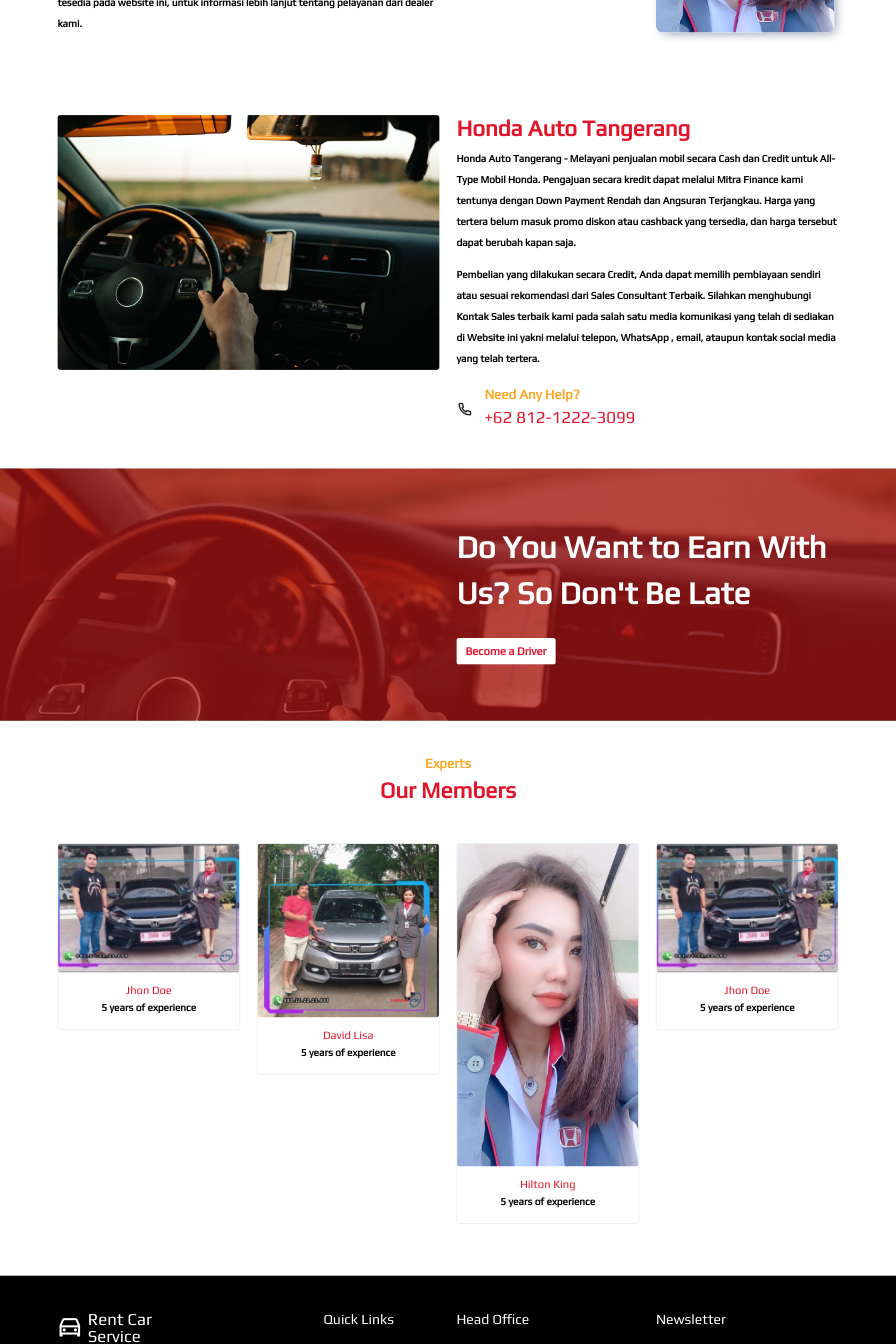
Repository: stevenxylver/Honda
Page: /about
An editor plug-in stored every save of this project. The page is shown before and after the next save, followed by the edit.
The browser window is 1280 px wide. The pictures show the part of the page from y = 699 to 2619 px (the page is 2916 px tall before and 2856 px after), at 70% of full size.
Pictures or frames that could not be fetched are drawn as grey boxes. The project was rebuilt for these pictures with package versions that can differ from the ones it lists, and the page was loaded fresh each time. Also part of the build but not shown: src/styles/hero-slider.css, src/components/UI/HeroSlider.jsx, src/components/UI/FindCarForm.jsx, src/styles/services-list.css, src/assets/data/serviceData.js, src/components/UI/ServicesList.jsx, src/components/UI/Example.jsx, src/assets/data/carData.js and 20 more.

Above is the page before, as saved 2022-11-20 11:20:13.

### src/index.css
/* ======== google fonts ======== */
@import url("https://fonts.googleapis.com/css2?family=Source+Sans+Pro:wght@200;300;400;600;700;900&display=swap");
@import url('https://fonts.googleapis.com/css2?family=Play&display=swap');
/* ======= base style ====== */
* {
  margin: 0;
  padding: 0;
  box-sizing: border-box;
  /* font-family: "Source Sans Pro", sans-serif; */
  font-family: 'Play', sans-serif;

}

/* ========= pre-define css ========= */
h1,
h2,
h3,
h4,
h5,
h6 {
  color: #E11429;
  font-weight: 600;
  margin-bottom: 0;
}

h3,
h4 {
  font-size: 1.6rem;
}

h5,
h6 {
  font-size: 1.2rem;
}

a {
  text-decoration: none;
  color: unset;
}

a:hover {
  color: unset;
}

ul {
  margin: 0;
  list-style: none;
}

.section__title {
  color: #E11429;
  font-weight: 600;
  font-size: 2rem;
}

.section__subtitle {
  color: #f9a826;
  font-weight: 600;
  font-size: 1.2rem;
}

.section__description {
  color: #000;
  font-size: 0.9rem;
  line-height: 30px;
  font-weight: 600;
}

section {
  padding: 50px 0px;
}

.btn {
  padding: 7px 15px;
  background: #E11429;
  color: #fff;
  border: none;
  outline: none;
  border-radius: 5px;
  transition: 0.3s;
}

.btn:hover {
  color: #fff !important;
  background: #E11429;
}

@media only screen and (max-width: 768px) {
  section {
    padding: 30px 0px;
  }

  .section__title {
    font-size: 1.6rem;
  }

  .section__subtitle {
    font-size: 1.1rem;
  }
}

### src/styles/header.css
.header__top {
  padding: 10px 0px;
  background: #E11429;
  color: #fff;
}


.honda
{
width: 57px;
height: 57px;
}

.header__top__left {
  display: flex;
  align-items: center;
  column-gap: 1rem;
}

.header__top__left span {
  font-size: 0.9rem;
}

.header__top__help {
  display: flex;
  align-items: center;
  column-gap: 0.4rem;
}

.header__top__help i {
  background: #fff;
  color: #E11429;
  padding: 2px 4px;
  border-radius: 50px;
  font-size: 0.7rem;
}

.header__top__right a {
  text-decoration: none;
  color: #fff;
  font-size: 0.9rem;
}

.header__top__right a:hover {
  color: #fff;
}

/* ============ header middle style =========== */

.header__middle {
  padding: 20px 0px;
}

.logo h1 a span {
  font-size: 1.5rem;
}

.logo h1 a i {
  font-size: 2.2rem;
}

.logo h1 a {
  text-decoration: none;
  color: #E11429;
  font-weight: 900;
}

.logo h1 {
  line-height: 1.5rem;
}

.header__location span i {
  font-size: 2.2rem;
  color: #000000;
}

.header__location-content h4 {
  font-size: 1.2rem;
  font-weight: 700;
  color: #E11429;
}

.header__location-content h6 {
  font-weight: 600;
  color: #000000;
}

.header__btn {
  background: #E11429 !important;
  padding: 10px 20px;
  border: none;
  outline: none;
  border-radius: 5px;
}

.header__btn a {
  display: flex;
  align-items: center;
  column-gap: 0.4rem;
  text-decoration: none;
  color: #fff;
  justify-content: end;
  font-size: 0.9rem;
  font-weight: 1000;
}


.header__btn a:hover {
  color: #fff;
}

/* ================ main navbar styles =========== */

.main__navbar {
  padding: 15px 0px;
  background: #000000;
}

.mobile__menu i {
  color: #fff;
  font-size: 1.3rem;
  cursor: pointer;
}

.mobile__menu {
  display: none;
}

.menu {
  display: flex;
  align-items: center;
  column-gap: 2.7rem;
}

.nav__item {
  color: #fff;
  text-decoration: none;
  transition: 0.3s;
  font-weight: 1000;
}

.nav__item:hover {
  color: #f9a826;
}



.search__box {
  border: 1px solid #7c8a972f;
  padding: 7px 12px;
  display: flex;
  align-items: center;
  border-radius: 50px;
  background: #020a4de9;
}

.search__box {
  border: 1px solid #7c8a972f;
  padding: 7px 12px;
  display: flex;
  align-items: center;
  border-radius: 50px;
  background: #fff;
  font-weight: 1000;
}

.search__box input {
  background: transparent;
  border: none;
  outline: none;
  color: #fff;
  cursor: pointer;
}

.search__box input::placeholder {
  font-size: 0.8rem;
  font-weight:800;
}
.search__box span i {
  color: #000000;
  cursor: pointer;
}

.nav__active {
  color: #f9a826;
}

@media only screen and (max-width: 768px) {
  .header__top,
  .header__middle,
  .nav__right {
    display: none;
  }

  .mobile__menu {
    display: block;
  }

  .navigation {
    background: rgb(0, 13, 107, 0.6);
    width: 100%;
    height: 100%;
    position: fixed;
    top: 0;
    left: 0;
    z-index: 9999;
    display: none;
  }

  .menu {
    width: 250px;
    height: 100%;
    background: #fff;
    display: flex;
    align-items: center;
    flex-direction: column;
    row-gap: 2rem;
    justify-content: center;
  }

  .menu a {
    color: #E11429;
    font-weight: 600;
    font-size: 0.9rem;
  }

  .menu__active {
    display: block;
  }


}

### src/styles/footer.css
.footer {
  background: #000000;
  padding-top: 50px;
  padding-bottom: 15px;
}

.footer__logo i {
  color: #fff;
  font-weight: 400;
}

.footer__logo span {
  color: #fff;
  font-weight: 500;
}

.footer__logo-content {
  color: rgba(255, 255, 255, 0.715);
  margin-top: 15px;
  line-height: 30px;
}

.quick__link {
  border: none !important;
  background: transparent !important;
}

.quick__link a {
  color: rgba(255, 255, 255, 0.715);
  text-decoration: none;
  font-weight: 300;
  transition: 0.3s;
}

.quick__link a:hover {
  color: #f9a826;
}

.footer__link-title {
  color: #fff;
}

.office__info {
  color: rgba(255, 255, 255, 0.715);
  font-weight: 300;
}

.newsletter {
  display: flex;
  align-items: center;
  justify-content: space-between;
  padding: 8px 12px;
  border: 1px solid #7c8a972f;
  border-radius: 50px;
  background: #020a4de9;
}

.newsletter input {
  background: transparent;
  color: #fff;
  border: none;
  outline: none;
}

.newsletter span i {
  color: #fff;
}

.footer__bottom {
  border-top: 1px solid #7c8a972f;
}

@media only screen and (max-width: 768px) {
  .footer__logo-content {
    font-size: 0.8rem;
  }

  .quick__link,
  .office__info {
    font-size: 0.8rem;
    line-height: 1.5rem;
  }

  .footer__link-title {
    font-size: 1rem;
    margin-top: 15px;
  }

  .footer__bottom p {
    font-size: 0.7rem;
  }


}

### src/pages/About.jsx
import React from "react";

import CommonSection from "../components/UI/CommonSection";
import Helmet from "../components/Helmet/Helmet";
import AboutSection from "../components/UI/AboutSection";
import { Container, Row, Col } from "reactstrap";
import BecomeDriverSection from "../components/UI/BecomeDriverSection";

import driveImg from "../assets/all-images/drive.jpg";
import OurMembers from "../components/UI/OurMembers";
import "../styles/about.css";

const About = () => {
  return (
    <Helmet title="About">
      <CommonSection title="About Us" />
      <AboutSection aboutClass="aboutPage" />

      <section className="about__page-section">
        <Container>
          <Row>
            <Col lg="6" md="6" sm="12">
              <div className="about__page-img">
                <img src={driveImg} alt="" className="w-100 rounded-3" />
              </div>
            </Col>

            <Col lg="6" md="6" sm="12">
              <div className="about__page-content">
                <h2 className="section__title">
                  Honda Auto Tangerang
                </h2>

                <p className="section__description">
                Honda Auto Tangerang - Melayani penjualan mobil secara Cash dan Credit untuk All-Type Mobil Honda. Pengajuan secara kredit dapat melalui Mitra Finance kami tentunya dengan Down Payment Rendah dan Angsuran Terjangkau. Harga yang tertera belum masuk promo diskon atau cashback yang tersedia, dan harga tersebut dapat berubah kapan saja.
                </p>

                <p className="section__description">
                Pembelian yang dilakukan secara Credit, Anda dapat memilih pembiayaan sendiri atau sesuai rekomendasi dari Sales Consultant Terbaik. Silahkan menghubungi Kontak Sales terbaik kami pada salah satu media komunikasi yang telah di sediakan di Website ini yakni melalui telepon, WhatsApp , email, ataupun kontak social media yang telah tertera.
                </p>

                <div className=" d-flex align-items-center gap-3 mt-4">
                  <span className="fs-4">
                    <i class="ri-phone-line"></i>
                  </span>

                  <div>
                    <h6 className="section__subtitle">Need Any Help?</h6>
                    <h4>+62 812-1222-3099</h4>
                  </div>
                </div>
              </div>
            </Col>
          </Row>
        </Container>
      </section>

      <BecomeDriverSection />

      <section>
        <Container>
          <Row>
            <Col lg="12" className="mb-5 text-center">
              <h6 className="section__subtitle">Experts</h6>
              <h2 className="section__title">Our Members</h2>
            </Col>
            <OurMembers />
          </Row>
        </Container>
      </section>
    </Helmet>
  );
};

export default About;

### src/components/UI/AboutSection.jsx
import React from "react";
import { Container, Row, Col } from "reactstrap";
import "../../styles/about-section.css";
import aboutImg from "../../assets/all-images/ava-3.jpg";

const AboutSection = ({ aboutClass }) => {
  return (
    <section
      className="about__section"
      style={
        aboutClass === "aboutPage"
          ? { marginTop: "0px" }
          : { marginTop: "280px" }
      }
    >
      <Container>
        <Row>
          <Col lg="6" md="6">
            <div className="about__section-content">
              <h4 className="section__subtitle">Halo</h4>
              <h2 className="section__title">Nama Saya Sarah</h2>
              <p className="section__description">
              Perkenalkan Saya Sarah, Sales Counter dari Dealer Honda Tangerang. Saat ini saya telah mengabdikan diri saya pada Honda Tangerang selama 9 Tahun. Dapat Saya pastikan Anda akan mendapatkan pelayanan terbaik dari kami baik saat transaksi maupun service after-sales. Anda dapat menghubungi saya melalui kontak yang tesedia pada website ini, untuk informasi lebih lanjut tentang pelayanan dari dealer kami.
              </p>


            </div>
          {/* </Col>
          <Col lg="3" md="6"> */}

          </Col>

          <Col md={{
        offset: 3,
        size: 3
      }}>
            <div className="about__img">
              <img src={aboutImg} alt="" className="about"/>
            </div>
          </Col>
        </Row>
      </Container>
    </section>
  );
};

export default AboutSection;

### src/components/UI/BecomeDriverSection.jsx
import React from "react";
import "../../styles/become-driver.css";
import { Container, Row, Col } from "reactstrap";

// import driverImg from "../../assets/all-images/toyota-offer-2.png";

const BecomeDriverSection = () => {
  return (
    <section className="become__driver">
      <Container>
        <Row>
          <Col lg="6" md="6" sm="12" className="become__driver-img">
          <iframe width="100%" height="130%"  src="https://www.youtube.com/embed/w7pgDpsCZ2E" frameborder="0"  title="YouTube video player" allowfullscreen="true"></iframe>
          </Col>


          <Col lg="6" md="6" sm="12">
            <h2 className="section__title become__driver-title">
              Do You Want to Earn With Us? So Don't Be Late
            </h2>

            <button className="btn become__driver-btn mt-4">
              Become a Driver
            </button>
          </Col>
        </Row>
      </Container>
    </section>
  );
};

export default BecomeDriverSection;

### src/components/UI/OurMembers.jsx
import React from "react";
import "../../styles/our-member.css";
import { Col } from "reactstrap";
import { Link } from "react-router-dom";
import ava01 from "../../assets/all-images/ava-1.jpg";
import ava02 from "../../assets/all-images/ava-2.jpg";
import ava03 from "../../assets/all-images/ava-3.jpg";

const OUR__MEMBERS = [
  {
    name: "Jhon Doe",
    experience: "5 years of experience",
    fbUrl: "#",
    instUrl: "#",
    twitUrl: "#",
    linkedinUrl: "#",
    imgUrl: ava01,
  },

  {
    name: "David Lisa",
    experience: "5 years of experience",
    fbUrl: "#",
    instUrl: "#",
    twitUrl: "#",
    linkedinUrl: "#",
    imgUrl: ava02,
  },

  {
    name: "Hilton King",
    experience: "5 years of experience",
    fbUrl: "#",
    instUrl: "#",
    twitUrl: "#",
    linkedinUrl: "#",
    imgUrl: ava03,
  },

  {
    name: "Jhon Doe",
    experience: "5 years of experience",
    fbUrl: "#",
    instUrl: "#",
    twitUrl: "#",
    linkedinUrl: "#",
    imgUrl: ava01,
  },
];

const OurMembers = () => {
  return (
    <>
      {OUR__MEMBERS.map((item, index) => (
        <Col lg="3" md="3" sm="4" xs="6" key={index} className="mb-4">
          <div className="single__member">
            <div className="single__member-img">
              <img src={item.imgUrl} alt="" className="w-100" />

              <div className="single__member-social">
                <Link to={item.fbUrl}>
                  <i class="ri-facebook-line"></i>
                </Link>
                <Link to={item.twitUrl}>
                  <i class="ri-twitter-line"></i>
                </Link>

                <Link to={item.linkedinUrl}>
                  <i class="ri-linkedin-line"></i>
                </Link>

                <Link to={item.instUrl}>
                  <i class="ri-instagram-line"></i>
                </Link>
              </div>
            </div>

            <h6 className="text-center mb-0 mt-3">{item.name}</h6>
            <p className="section__description text-center">
              {item.experience}
            </p>
          </div>
        </Col>
      ))}
    </>
  );
};

export default OurMembers;

### src/styles/find-car-form.css
.find__cars-left {
  /* background: linear-gradient(rgb(0, 0, 0, 0.8), rgb(0, 0,20, 0.8)),
    url("../assets/all-images/toyota-offer-2.png");
  background-position: center;
  background-repeat: no-repeat;
  background-size: cover; */
  padding: 65px 35px;
  background-color: #E11429;
  /* background: linear-gradient(rgb(225, 20, 41, 0.8), rgb(174, 18,20, 0.8)), */
}

.find__cars-left h2 {
  font-weight: 600;
  font-size: 0.875rem;
  color: #fff;
  text-align: center;
  background-color: #E11429;
}


.steer{
  height: 40px;
  width: 40px;
  align-items: center;
  color: #E11429;
}

.find__cars-left h1 {
  /* font-weight: 600; */
  font-size: 0.75rem;
  color: #fff;
  text-align: center;
  background-color: #E11429;
}

.form__group {
  width: 30%;
  margin-bottom: 0;
}

.form__group input {
  border: 1px solid #7c8a972a;
  padding: 8px 12px;

  width: 100%;
  outline: none;
}
.form__group input::placeholder {
  color: #7c8a97;
}

.section__subtitle{
  color: #000;
}

.ava1
{
  height: 285px;
  width: 500px;
  border-radius: 5px;
}

.section__subtitle{
color: #f9a826;
}
.rent__price{
  color: #000;
}

.form {
  background: #fff;
  padding-top: 55px;
  padding-bottom: 50px;
  padding-left: 15px;
  padding-right: 15px;
}

.select__group {
  width: 30%;
}

.select__group select {
  width: 100%;
  padding: 10px 15px;
  border: 1px solid #7c8a972a;
  outline: none;
  color: #7c8a97;
}

.hero__slider-section {
  position: relative;
  z-index: 10;
  margin-bottom: 200px;
}

.hero__form {
  position: absolute;
  bottom: -150px;
  z-index: 11;
  width: 100%;
}

.form__row {
  background: #E11429;
  box-shadow: 5px 5px 15px -5px #7c8a97;
  border-radius: 15px;

}

.journey__time::before {
  content: "Journey time";
  margin-right: 0.8rem;
  color: #7c8a97;
}

.find__car-btn {
  background: #E11429 !important;
  color: #fff !important;
  padding: 8px 15px;
  width: 100%;
  border: none;
  outline: none;
}

@media only screen and (max-width: 992px) {
  .find__cars-left {
    padding: 65px 22px;
  }

  .find__cars-left h2 {
    font-size: 1.5rem;
  }

  .form {
    padding: 30px 10px;
  }

  .form__group input,
  .select__group select {
    padding: 7px 10px;
    font-size: 0.8rem;
  }

  .hero__form {
    bottom: -100px;
  }
}

@media only screen and (max-width: 768px) {
  .find__cars-left {
    padding-top: 20px;
    padding-bottom: 0;
    background: #E11429;
    text-align: center;
  }

  .form {
    padding: 20px 10px;
  }
}

@media only screen and (max-width: 576px) {
  .form__group {
    width: 100%;
    margin: auto;
    margin-bottom: 15px;
  }

  .form__group input {
    font-size: 0.7rem !important;
  }

  .select__group {
    width: 100%;
    padding-right: 10px;
    font-size: 0.7rem;
  }

  .find__car-btn {
    font-size: 0.8rem;
  }

  .find__cars-left h2 {
    font-size: 1rem;
  }

  .hero__form {
    bottom: -250px;
  }
}

### src/styles/about-section.css
.about__section-item {
  column-gap: 3rem;
}

.about{
width: 255px;
height: 255px;
border-radius: 10px;
box-shadow: 5px 5px 15px -5px #7c8a97;
}


.about__section-item p i {
  color: #f9a826;
  font-size: 1.1rem;
}

@media only screen and (max-width: 992px) {
  .about__section-content h2 {
    font-size: 1.5rem;
  }
  .about__section-item {
    column-gap: 3rem;
  }
  .about__section-item p {
    font-size: 0.6rem;
    margin-bottom: 0;
  }

  .section__description i {
    font-size: 0.8rem !important;
  }
}

@media only screen and (max-width: 768px) {
  .about__img {
    margin-top: 30px;
  }
}

@media only screen and (max-width: 576px) {
  .about__section {
    margin-top: 280px;
  }
}

### src/styles/become-driver.css
.become__driver {
  background: linear-gradient(rgb(174, 18,20, 0.7), rgb(174, 18,20, 0.7)),
    url("../assets/all-images/drive.jpg");
  background-position: center;
  background-repeat: no-repeat;
  background-size: cover;
  padding: 80px 0px;
}

.become__driver button {
  background: #fff;
  color: #E11429;
  font-weight: 600;
}

.become__driver-title {
  font-size: 2.8rem;
  color: #fff;
  line-height: 65px;
}

@media only screen and (max-width: 992px) {
  .become__driver-title {
    font-size: 1.5rem;
    line-height: 3rem;
  }
}

@media only screen and (max-width: 768px) {
  .become__driver {
    padding: 50px 0px;
  }

  .become__driver-title {
    font-size: 1.3rem;
    line-height: 2.5rem;
  }

  .become__driver-btn {
    font-size: 0.8rem !important;
  }
}

@media only screen and (max-width: 576px) {
  .become__driver-img {
    display: none;
  }
  .become__driver {
    text-align: center;
  }
}

### src/styles/common-section.css
.common__section {
  background: linear-gradient(rgb(225, 20, 41, 0.6), rgb(174, 18,20, 0.6)),
    url("../assets/all-images/drive.jpg");
  background-position: center;
  background-size: cover;
  background-repeat: no-repeat;
  padding: 80px 0px;
}

### src/styles/our-member.css
.single__member {
  border: 1px solid #7c8a972d;
  border-radius: 4px;
}

.single__member-social {
  display: flex;
  align-items: center;
  justify-content: center;
  column-gap: 0.5rem;
  position: absolute;
  top: -100%;
  left: 50%;
  width: 100%;
  height: 100%;
  background: rgb(225, 20, 41, 0.6);
  transform: translateX(-50%);
  border-radius: 4px;
  transition: 0.5s ease;
  opacity: 0;
}

.single__member-social a i {
  width: 28px;
  height: 28px;
  color: #E11429;
  display: flex;
  align-items: center;
  justify-content: center;
  background: #fff;
  border-radius: 50%;
  font-size: 0.9rem;
  font-weight: 600;
}

.single__member-social a {
  text-decoration: none;
  cursor: pointer;
}

.single__member-img {
  position: relative;
  cursor: pointer;
}

.single__member-img img {
  border-radius: 4px;
}

.single__member-img:hover .single__member-social {
  top: 0;
  opacity: 1;
}

Loaded but not shown: public/index.html (common file); src/index.js (common file); src/App.js (common file); src/components/Layout/Layout.jsx (common file); src/components/Helmet/Helmet.js (common file); src/components/UI/CommonSection.jsx (common file); src/styles/about.css (common file); src/routers/Routers.js (28 lines, source omitted); src/components/Header/Header.jsx (139 lines, source omitted); src/components/Footer/Footer.jsx (111 lines, source omitted)

After the next save:
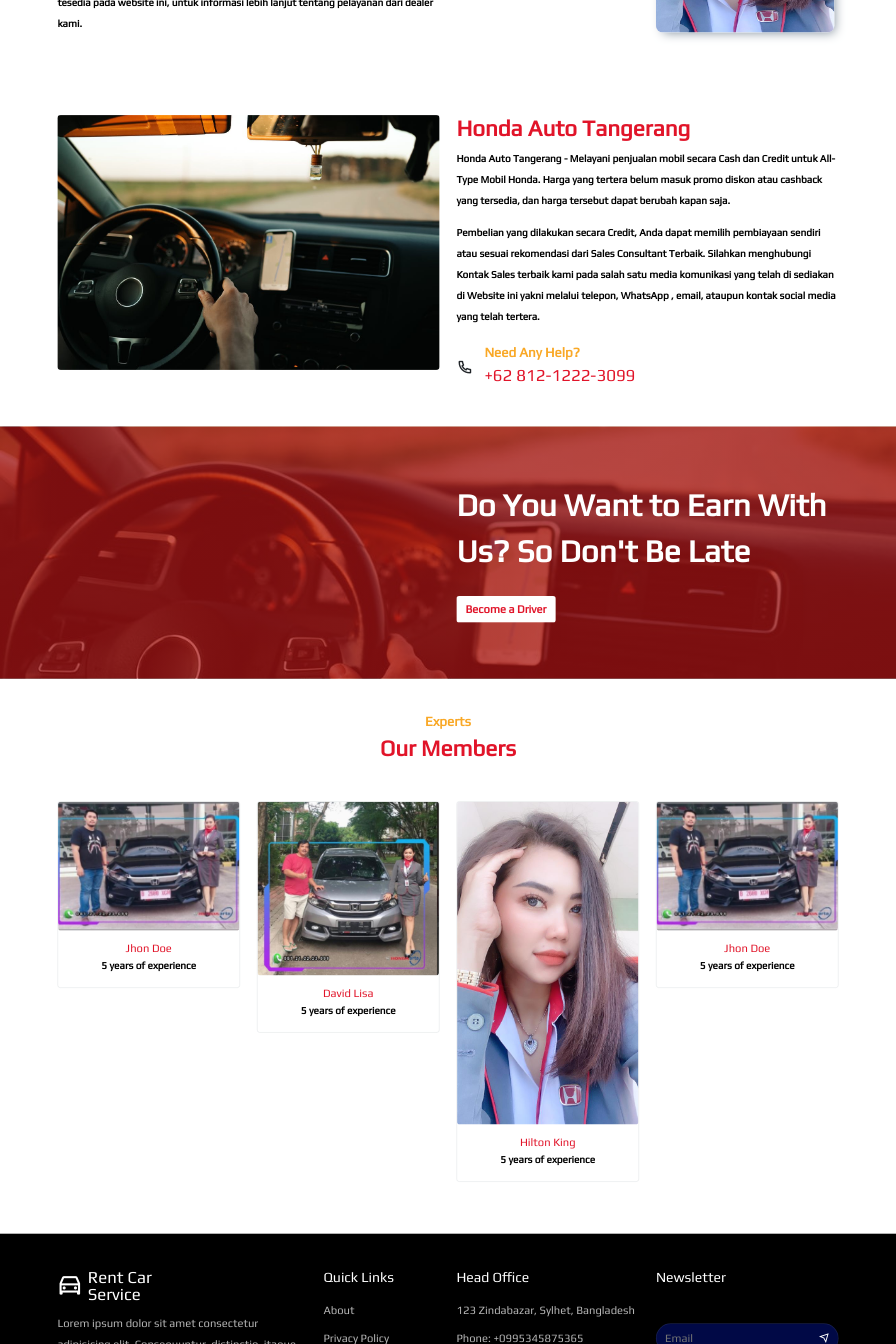
Saved 29 s later.
--- a/src/pages/About.jsx
+++ b/src/pages/About.jsx
@@ -32,7 +32,7 @@
                 </h2>
 
                 <p className="section__description">
-                Honda Auto Tangerang - Melayani penjualan mobil secara Cash dan Credit untuk All-Type Mobil Honda. Pengajuan secara kredit dapat melalui Mitra Finance kami tentunya dengan Down Payment Rendah dan Angsuran Terjangkau. Harga yang tertera belum masuk promo diskon atau cashback yang tersedia, dan harga tersebut dapat berubah kapan saja.
+                Honda Auto Tangerang - Melayani penjualan mobil secara Cash dan Credit untuk All-Type Mobil Honda. Harga yang tertera belum masuk promo diskon atau cashback yang tersedia, dan harga tersebut dapat berubah kapan saja.
                 </p>
 
                 <p className="section__description">
